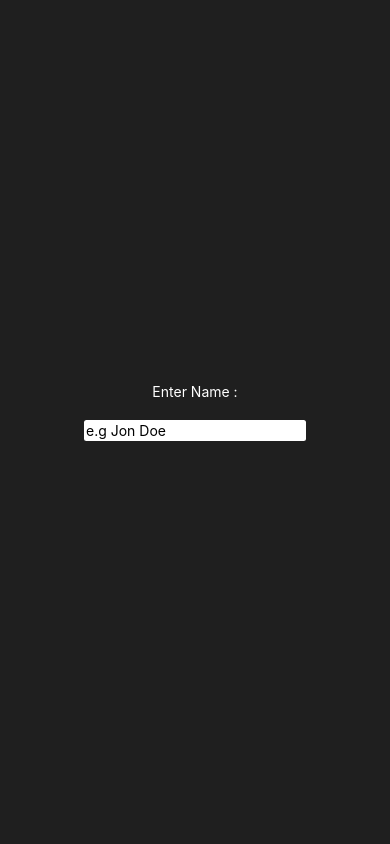
Repository: PrakharGupta36/TodoApp-React-Native
Screen: /
An editor plug-in stored every save of this project. The screen is shown before and after the next save, followed by the edit.
The app was drawn by React Native's web renderer in a window 390 px wide. The project was rebuilt for these pictures with package versions that can differ from the ones it lists, and the page was loaded fresh each time.

Above is the screen before, as saved 2022-03-16 01:11:30.

After the next save:
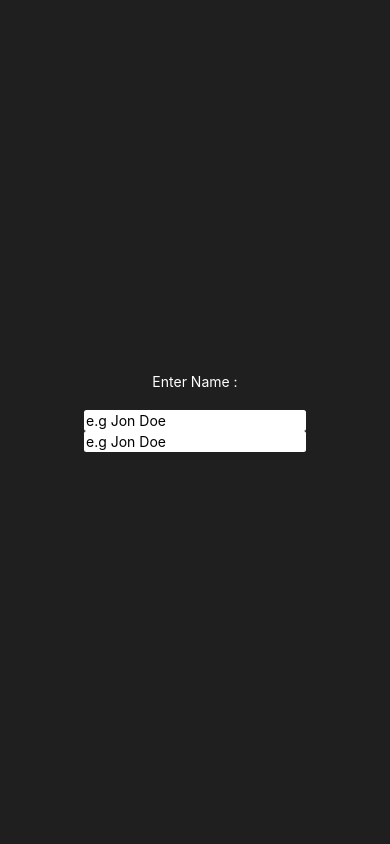
Saved 54 s later.
--- a/App.js
+++ b/App.js
@@ -16,6 +16,13 @@
     <View style={styles.container}>
       <Text style={styles.text}> Enter Name : </Text>
       <View style={styles.buttonContainer}>
+        <TextInput
+          style={styles.input}
+          placeholder='e.g Jon Doe'
+          onChangeText={(e) => {
+            setName(e);
+          }}
+        />
         <TextInput
           style={styles.input}
           placeholder='e.g Jon Doe'

After the save that followed:
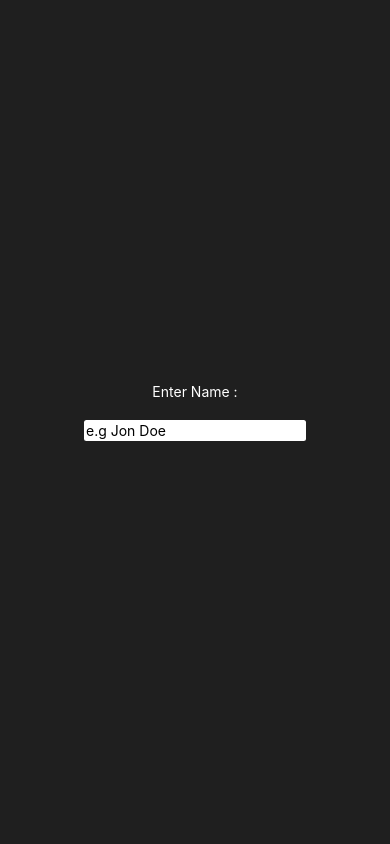
Saved 4 s later.
--- a/App.js
+++ b/App.js
@@ -16,13 +16,6 @@
     <View style={styles.container}>
       <Text style={styles.text}> Enter Name : </Text>
       <View style={styles.buttonContainer}>
-        <TextInput
-          style={styles.input}
-          placeholder='e.g Jon Doe'
-          onChangeText={(e) => {
-            setName(e);
-          }}
-        />
         <TextInput
           style={styles.input}
           placeholder='e.g Jon Doe'
